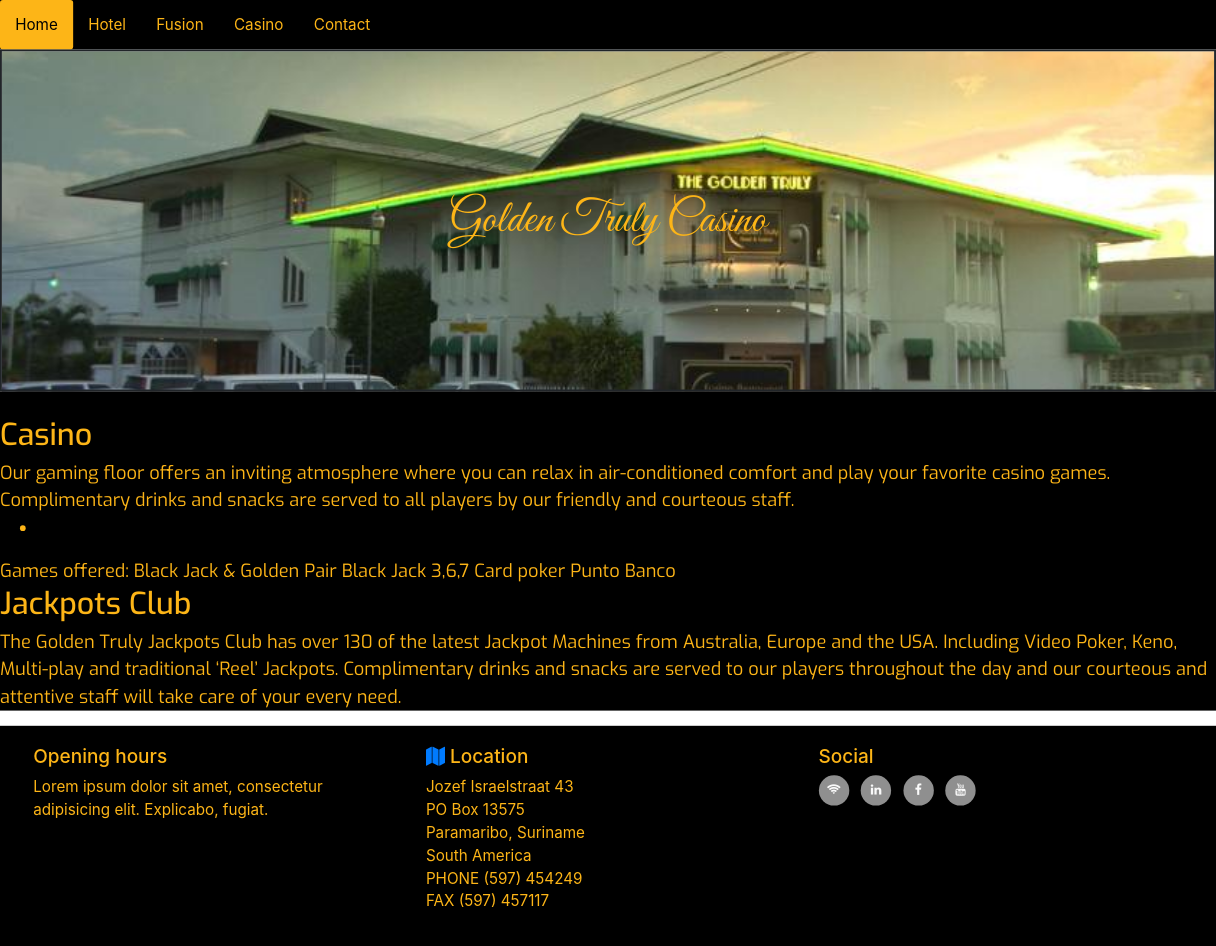
Repository: Code-Institute-Submissions/anthonycaf-Milestone1
Page: casino.html
The author's editor kept a record of every edit. The page is drawn from the files as they stood at one moment, then again after the next edit.
The browser window is 1280 px wide. The pictures show the whole page, at 95% of full size.

Above is the page before.

After the next edit:
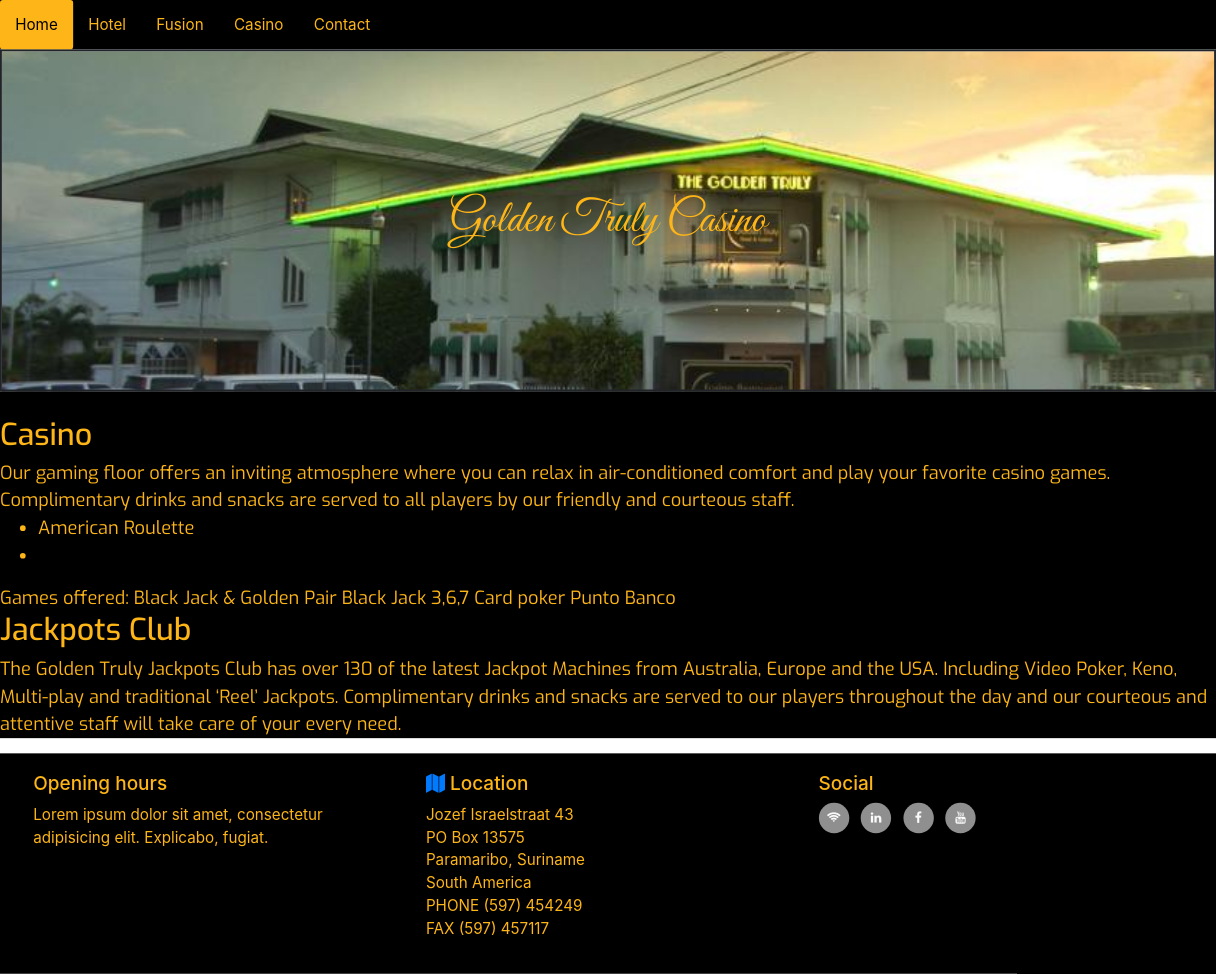
The edit:
--- a/casino.html
+++ b/casino.html
@@ -36,6 +36,7 @@
 Complimentary drinks and snacks are served to
 all players by our friendly and courteous staff.
  <ul>
+      <li>American Roulette</li>
       <li></li>
  </ul>
     Games offered:
